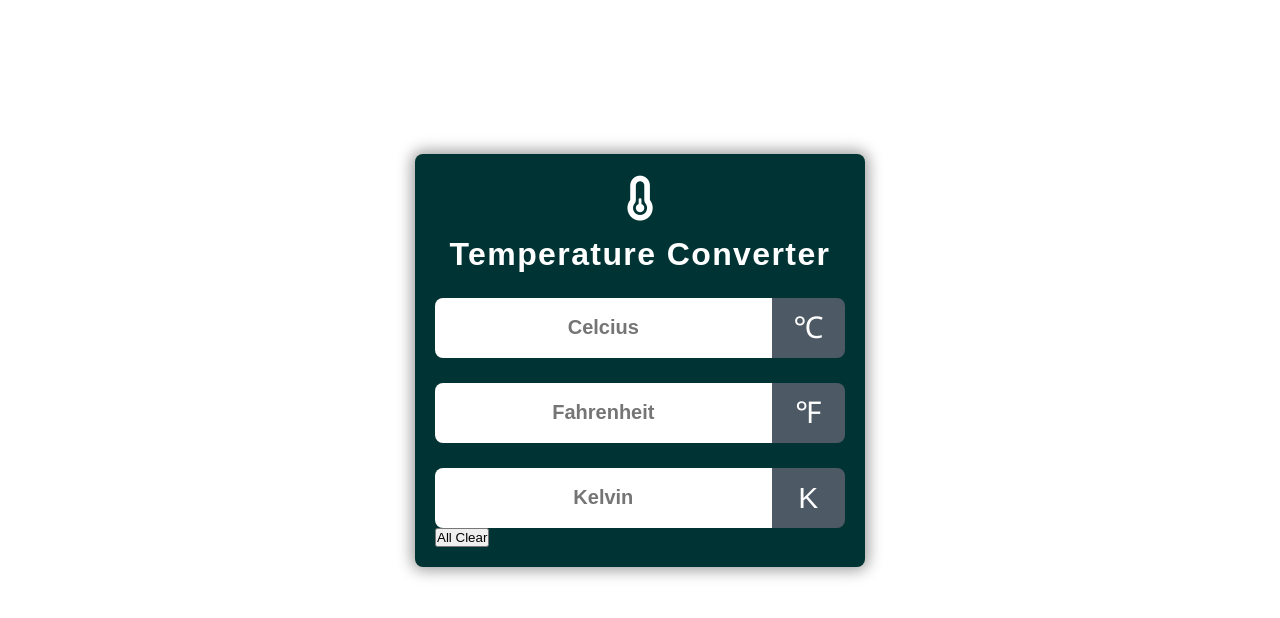
Repository: kiranjeetkaur01/tempconverter.github.io
Page: index.html
An editor plug-in stored every save of this project. The page is shown before and after the next save, followed by the edit.
The browser window is 1280 px wide. The pictures show the whole page.

Above is the page before, as saved 2023-09-27 13:01:14.

After the next save:
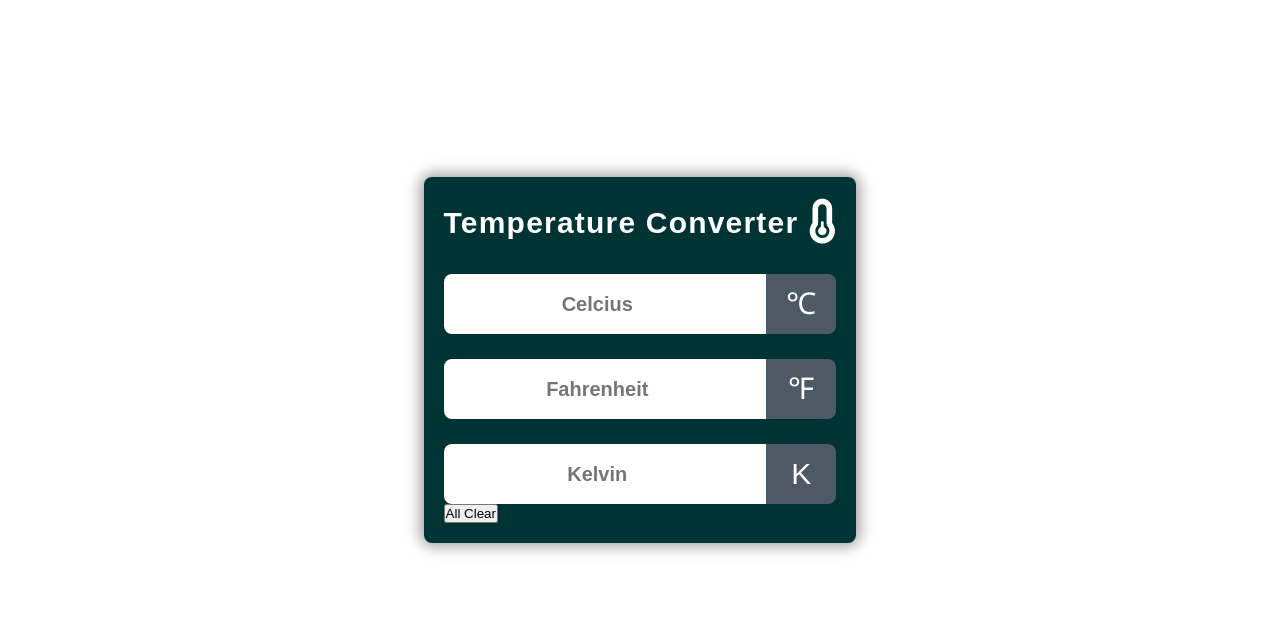
Saved 58 s later.
--- a/style.css
+++ b/style.css
@@ -31,7 +31,8 @@ body {
 }
 h1 {
   color: #fff;
-  letter-spacing: 1.4px;
+  letter-spacing: 1.2px;
+  font-size: 30px;
 }
 #celcius,
 #fahrenheit,
@@ -54,14 +55,6 @@ input {
   padding: 0 10px;
 }
 
-input::-webkit-outer-spin-button,
-input::-webkit-inner-spin-button {
-  -webkit-appearance: none;
-}
-
-input {
-  -moz-appearance: ;
-}
 .icon {
   flex: 1;
   height: 60px;
